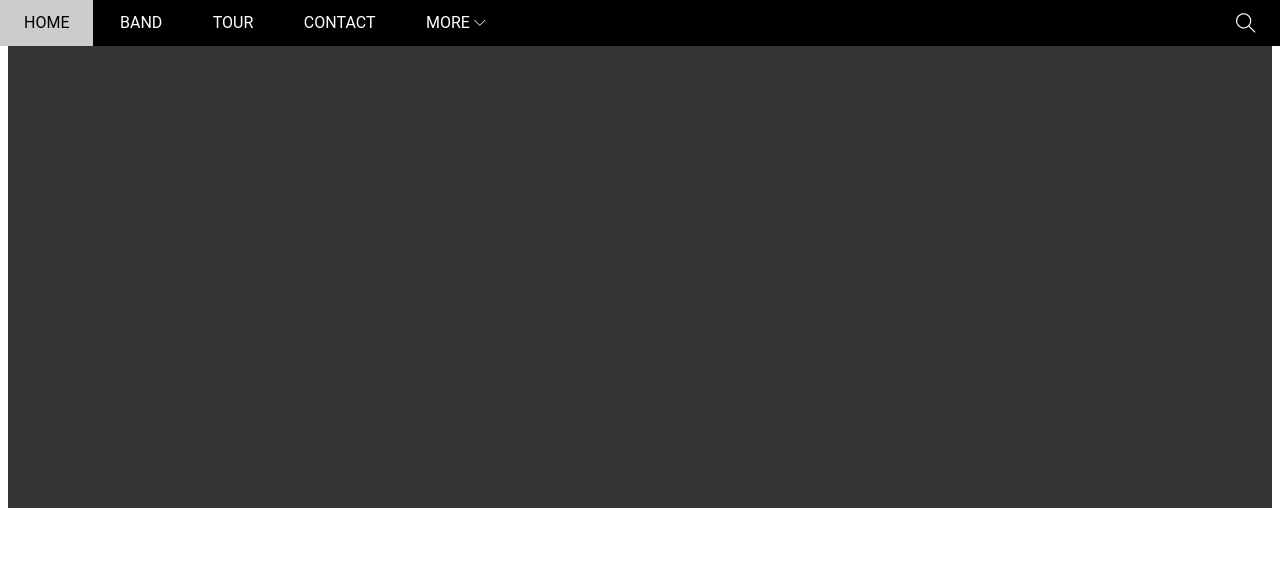
Repository: vuongld315/myLandingPage
Page: index.html
These files come from the project's save history. The page is drawn as it stood at one moment and after a run of saves; the edit follows.
The browser window is 1280 px wide. The pictures show the whole page.

Above is the page before, as saved 2022-07-22 12:32:16.

After the next 4 saves:
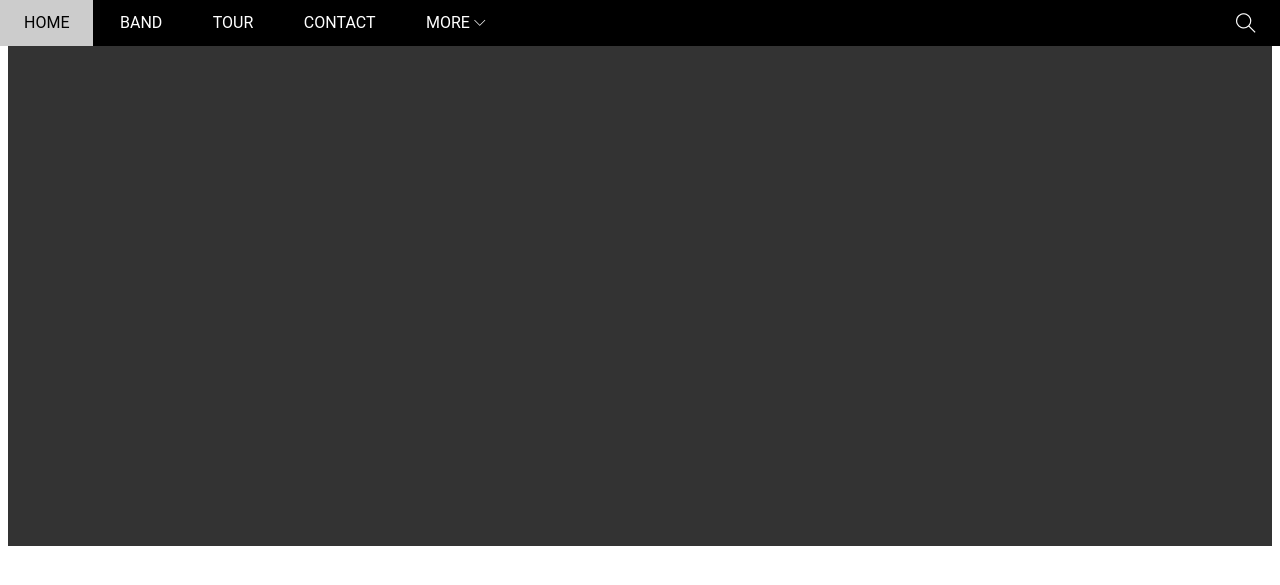
The 4 saves are shown as one change because they came seconds apart.
The last was saved 65 s later.
--- a/assets/css/main.css
+++ b/assets/css/main.css
@@ -121,6 +121,7 @@ html    {
 #slider {
     min-height: 500px;
     background-color: #333;
+    margin-top: 46px;
 }
 
 #content {
